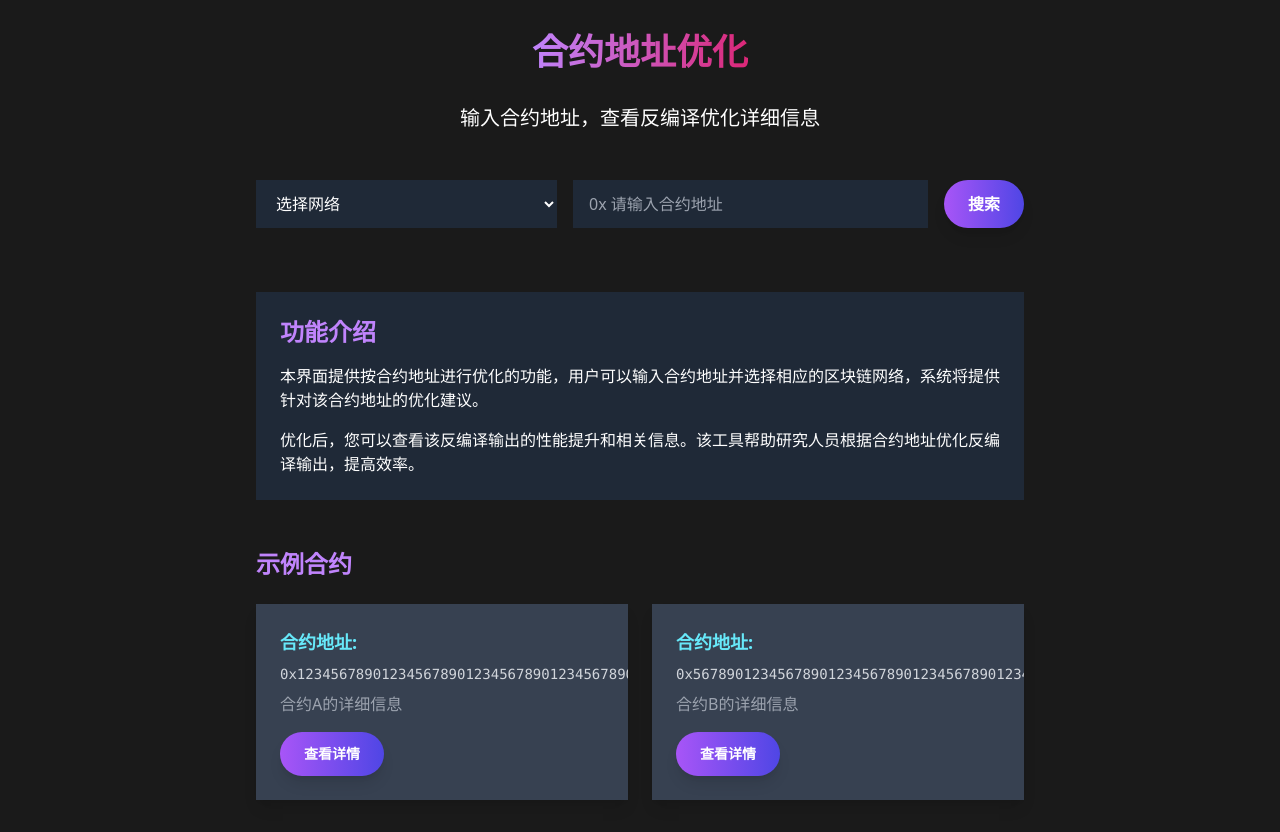
Repository: RunnerQuan/smart-halo
Page: /contract-optimization
These files come from the project's save history. The page is drawn as it stood at one moment and after the next save; the edit follows.
The browser window is 1280 px wide. The pictures show the whole page.
The project was rebuilt for these pictures with package versions that can differ from the ones it lists, and the page was loaded fresh each time. The framework's server and built-in components were replaced by stand-ins that run in the browser. Also part of the build but not shown: next.config.mjs.

Above is the page before, as saved 2024-10-17 11:19:34.

After the next save:
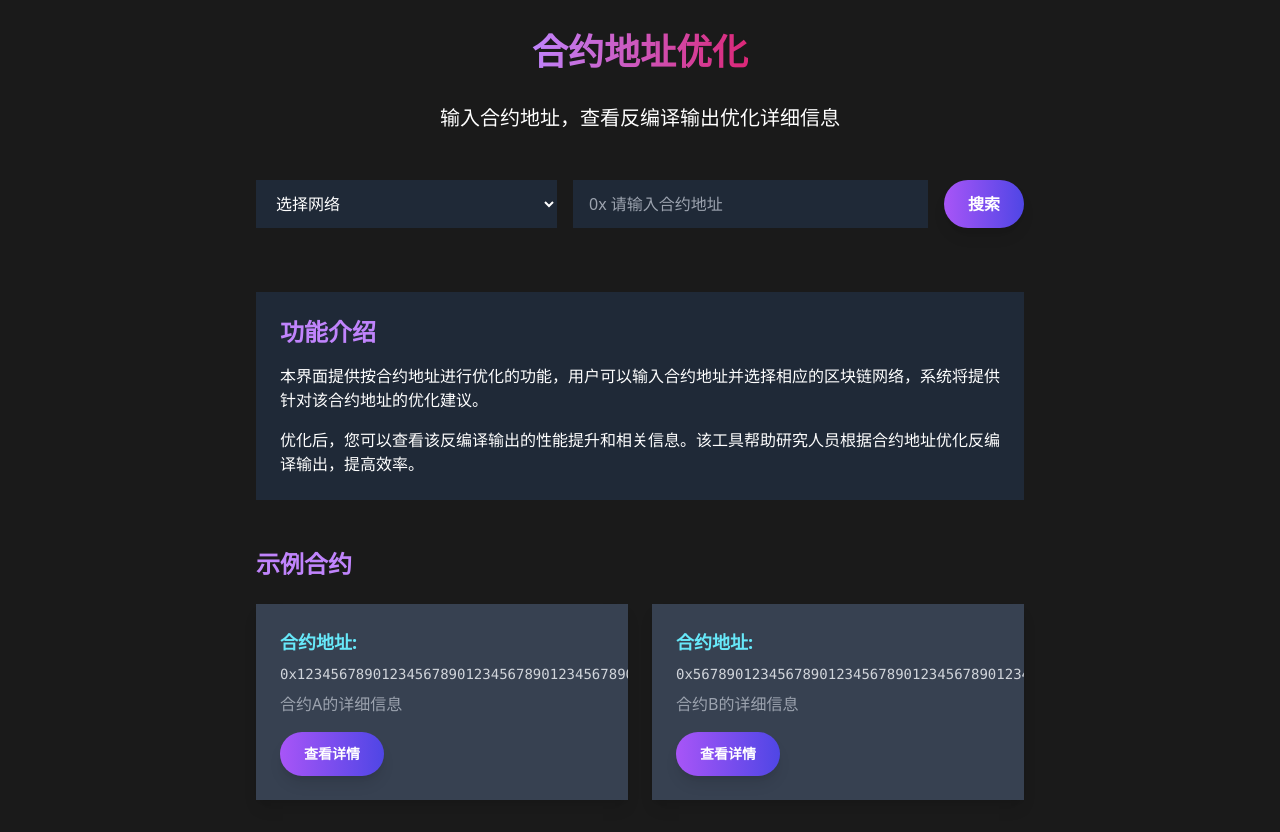
Saved 9 s later.
--- a/app/contract-optimization/page.tsx
+++ b/app/contract-optimization/page.tsx
@@ -33,7 +33,7 @@ export default function ContractOptimization() {
         animate={{ opacity: 1 }}
         transition={{ duration: 0.5, delay: 0.2 }}
       >
-        输入合约地址，查看反编译优化详细信息
+        输入合约地址，查看反编译输出优化详细信息
       </motion.p>
 
       <motion.div
